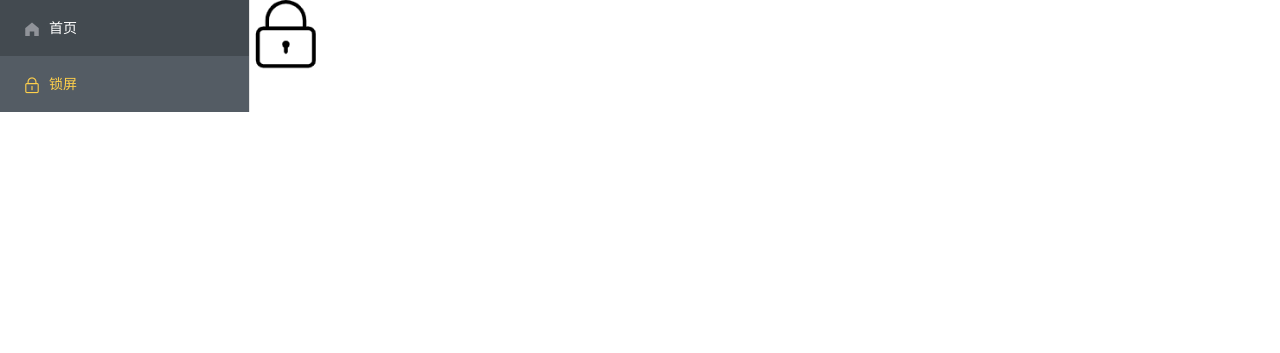
Repository: wujingwenwu/-vue-2.0
Page: /lockScreen
An editor plug-in stored every save of this project. The page is shown before and after the next save, followed by the edit.
The browser window is 1280 px wide. The pictures show the whole page.
The project was rebuilt for these pictures with package versions that can differ from the ones it lists, and the page was loaded fresh each time. Also part of the build but not shown: src/views/Home.vue.

Above is the page before, as saved 2020-09-29 15:08:10.

### src/main.js
import Vue from "vue";
import App from "./App.vue";
import router from "./router";
import store from "./store";
import ElementUI from 'element-ui';
import 'element-ui/lib/theme-chalk/index.css';
import  "./globalComponents"
Vue.config.productionTip = false;
Vue.use(ElementUI);
new Vue({
  router,
  store,
  render: h => h(App)
}).$mount("#app");

### src/App.vue
<template>
  <div id="app">

    <router-view />
  </div>
</template>

<style lang="scss">
@import "./style/demo";
*{
  margin: 0;
  padding: 0;
}
</style>

### src/router/index.js
import Vue from "vue";
import VueRouter from "vue-router";
import Home from "../views/Home.vue";
import Layout from "../views/layout/layout"
Vue.use(VueRouter);

const routes = [
  {
    path: "/home",
    name: "",
    component: Home
  },
  {
    path: "",
    component: Layout,
    children:[
      {
        path: "/",
        name: "Home",
        component: Home
      },
      {
        path: "/lockScreen",
        name: "LockScreen",
        component: () =>
          import("../views/lockScreen/LockScreen")
      },
    ]
  },
  {
    path: "/about",
    name: "About",
    component: () =>
      import("../views/About.vue")
  },
];

const router = new VueRouter({
  mode: "history",
  base: process.env.BASE_URL,
  routes
});

export default router;

### src/globalComponents/index.js
import Vue from 'vue'

import WLockScreen from '../components/w-lockScreen/w-lockScreen'


Vue.component('wLockScreen', WLockScreen)

### src/style/demo.scss
.d-f{
    display: flex;
    /* 弹性盒模型 */
}
.f-s-12{
    font-size: 12px;
    /* 字体大小为12px */
}
.f-s-14{
    font-size: 14px;
    /* 字体大小为14px */
}
.f-s-16{
    font-size: 16px;
    /* 字体大小为16px */
}
.f-w{
    font-weight: 700;
    /*字体 加粗 */
}
.f-c-ho{
    color: #f00;
    /* 红色 */
}
.f-c-hu{
    color: #ccc;
    /* 灰色 */
}
.f-c-b{
    color: #ffffff;
    /* 白色 */
}
.f-c-he{
    color: #000;
    /* 黑色 */
}
.t-a-l{
    text-align: left;
    /* 文本左对齐 */
}
.t-a-c{
    text-align: center;
    /* 文本居中 */
}
.t-a-r{
    text-align: right;
    /* 文本右对齐 */
}
.t-d-u{
    text-decoration: underline;
    /* 装饰在文本底部 */
}
.t-d-o{
    text-decoration: overline;
    /* 装饰在顶部 */
}
.t-d-l-t{
    text-decoration: line-through;
    /* 装饰在文本中间 */
}
.d-i{
    display: inline;
    /* 块级元素装换成行内元素 */
}
.d-i-b{
    display: inline-block;
    /* 块级元素装换成行内块元素 */
}
.d-b{
    display: block;
    /* 行内和行内块元素装换成块级元素 */
}
.d-n{
    display: none;
    /* 隐藏元素 */
}
.p-r{
    position: relative;
    /* 相对定位 */
}
.p-a{
    position: absolute;
    /* 绝对定位 */
}
.p-f{
    position: fixed;
    /* 固定定位 */
}
.b-r-50{
    border-radius: 50%;
    /* 圆角为50% */
}
.j-c-s-a{
    justify-content: space-around;
   /* 两边的子元素距离父元素的两边有间距，然后中间距离自动等分 */
}
.j-c-s-b{
    justify-content: space-between;
    /* 两边的子元素距离父元素没有间距，然后中间距离自动等分 */

}
.j-c-c{
    justify-content: center;
     /* 所有的子元素相当于父元素水平居中 */
}
.a-i-c{
    align-items: center;
    /* （竖轴排列方式）子元素相当于父元素垂直方向居中 */
}
.f-d-c{
    flex-direction: column;
    /* 弹性盒模型的竖项排列方式 */
}
*{
  margin: 0;
  padding: 0;
  /* 清除游览器的痕迹 */
}
.conter{
    display: flex;
    justify-content: center;
    /* 弹性盒模型，所有的文本在页面的中间 */
}
.warp{
   width: 1280px;
   /* 宽度为1280px，基本上不会超过1400px */
}
.o-h{
    overflow: hidden;
    /* 超出部分隐藏 */
}
.w-o-t{
    white-space: nowrap;
    overflow: hidden;
    text-overflow: ellipsis;
    /* 超出部分隐藏（只限字体） */
}
.d-n{
    display: none;
    /* 不占位置 */
}
.v-h{
    visibility: hidden;
    /* 占位置 */
}
.f-w-w{
    flex-wrap: wrap;
    /* 换行 */
}
.w-s-n{
    white-space: nowrap;
    /* 内容不换行 */
}
.m-t-20{
    margin-top: 20px;
    /* 向下20 */
}
.m-l-20{
    margin-left: 20px;

}
.m-t-10{
    margin-top: 10px;
}
.m-l-10{
    margin-left: 10px;
}
.b-c-hong{
    background-color: red;
}
.b-c-hei{
    background-color: black;
}
.b-c-bai{
    background-color: #ffffff;
}
.b-c-hui{
    background-color: #ccc;
}
.b-1-s-hong{
    border: 1px solid red;
}
.b-1-d-hong{
    border: 1px dashed red;
}
.b-1-s-bai{
    border: 1px solid #ffffff;
}
.b-1-d-bai{
    border: 1px dashed #ffffff;
}
.b-1-s-hei{
    border: 1px solid black;
}
.b-1-d-hei{
    border: 1px dashed black;
}
.b-1-s-hui{
    border: 1px solid #ccc;
}
.b-1-d-hui{
    border: 1px dashed #ccc;
}
.b-l-n{
    border-left: none;
    /* 左边框隐藏 */
}
.b-t-n{
    border-top: none;
}
.b-r-n{
    border-right: none;
}
.b-b-n{
    border-bottom: none;
}
.m-t-15{
    margin-top: 15px;
}
.m-t-30{
    margin-top: 30px;
}
.m-t-5{
    margin-top: 5px;
}
.b-none{
    border: none;
}
.f-s-18{
    font-size: 18px;
}
.m-l--10{
    margin-left: -10px;
}
.m-l-40{
    margin-left: 40px;
}
.o-n{
    outline: none;
    /* 隐藏边框 */
}

### src/views/layout/layout.vue
<template>
 <div >
  <div class="d-f">
     <div class="commit">
      <el-menu
      :default-active="$route.path"
      class="el-menu-vertical-demo"
      background-color="#545c64"
      text-color="#fff"
      active-text-color="#ffd04b" v-for="item in arr" :key="item.path">
      <el-menu-item   :index="item.path" @click="select(item.path)">
        <i :class="item.icon"></i>
        <span slot="title">{{item.name}}</span>
      </el-menu-item>
    </el-menu>
     </div>
    <router-view></router-view>
  </div>
 </div>
</template>

<script>
 export default {
   data () {
     return {
       arr:[
        {icon:"el-icon-s-home",name:"首页",path:'/'},
        {icon:"el-icon-lock",name:"锁屏",path:'/lockScreen'},

       ]
     }
   },
   components: {

   },
   methods: {
   select(path){
     console.log(path);
     this.$router.push(path)
   },
   },
   mounted() {

   },
   watch: {

   },
   computed: {

   }
 }
</script>

<style scoped lang='scss'>
.commit{
    width: 250px;
}
</style>

### src/views/lockScreen/LockScreen.vue
<template>
 <div>
  <img src="../../img/锁屏.png" alt="" class="img" @click="click">
 <wLockScreen :dialogVisibles="dialogVisibles"></wLockScreen>
 </div>
</template>

<script>
 export default {
   data () {
     return {
     dialogVisibles: false
     }
   },
   components: {

   },
   methods: {
   click(){
     this.dialogVisibles=true
   }
   },
   mounted() {

   },
   watch: {

   },
   computed: {

   }
 }
</script>

<style scoped lang='scss'>
.img{
  width: 70px;
  height: 70px;
}
</style>

### src/components/w-lockScreen/w-lockScreen.vue
<template>
 <div>
 <el-dialog
  title="提示"
  :visible.sync="dialogVisible"
  width="30%"
  :before-close="handleClose">
  <span>这是一段信息</span>
  <span slot="footer" class="dialog-footer">
    <el-button @click="dialogVisible = false">取 消</el-button>
    <el-button type="primary" @click="dialogVisible = false">确 定</el-button>
  </span>
</el-dialog>
 </div>
</template>

<script>
 export default {
     props:{
       dialogVisibles:{
           type: Boolean,
       }
     },
   data () {
     return {
        dialogVisible: false
     }
   },
   components: {

   },
   methods: {
      handleClose(done) {
        this.$confirm('确认关闭？')
          .then((res) => {
            done();
            console.log(res);
          })
          .catch((err) => {
              console.log(err);
          });
      }
   },
   mounted() {
       console.log(this.dialogVisibles);
    this.dialogVisible=this.dialogVisibles
   },
   watch: {

   },
   computed: {

   }
 }
</script>

<style scoped lang='scss'>

</style>

Loaded but not shown: public/index.html (common file); src/store/index.js (common file)

After the next save:
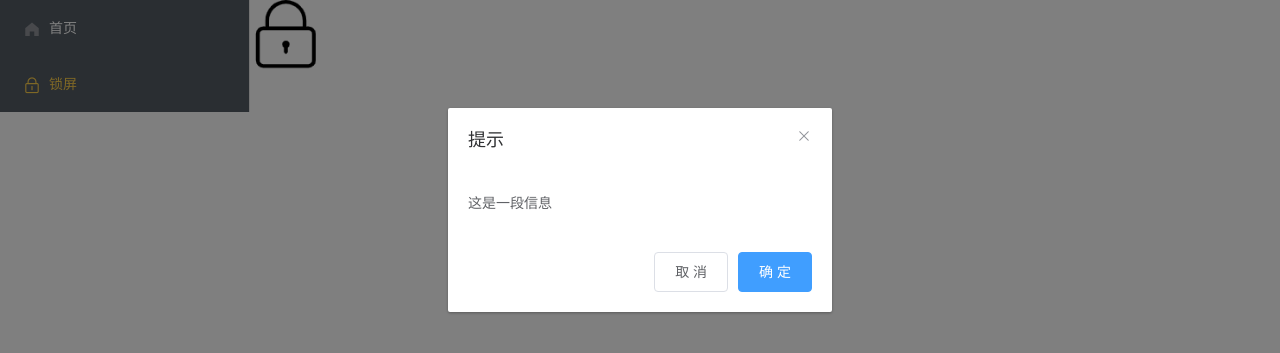
Saved 61 s later.
--- a/src/views/lockScreen/LockScreen.vue
+++ b/src/views/lockScreen/LockScreen.vue
@@ -9,7 +9,7 @@
  export default {
    data () {
      return {
-     dialogVisibles: false
+     dialogVisibles: true
      }
    },
    components: {

After the save that followed:
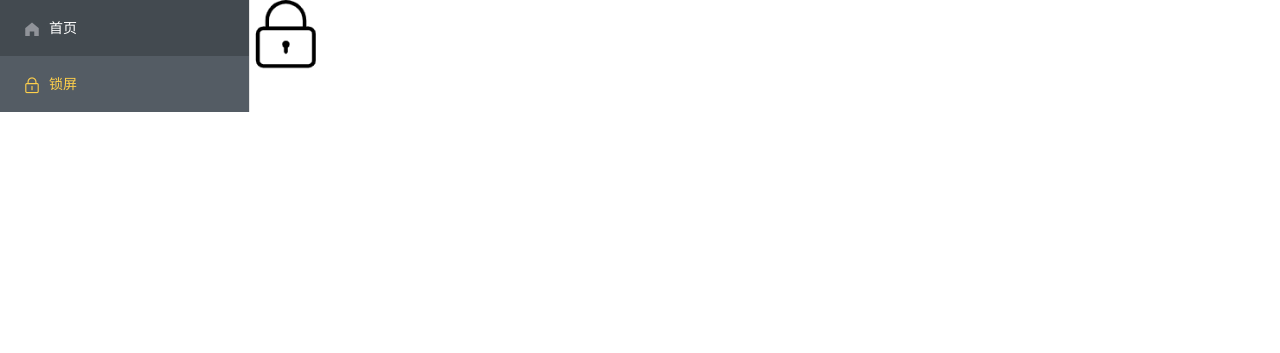
Saved 4 min 6 s later.
--- a/src/views/lockScreen/LockScreen.vue
+++ b/src/views/lockScreen/LockScreen.vue
@@ -9,7 +9,7 @@
  export default {
    data () {
      return {
-     dialogVisibles: true
+     dialogVisibles: false
      }
    },
    components: {
